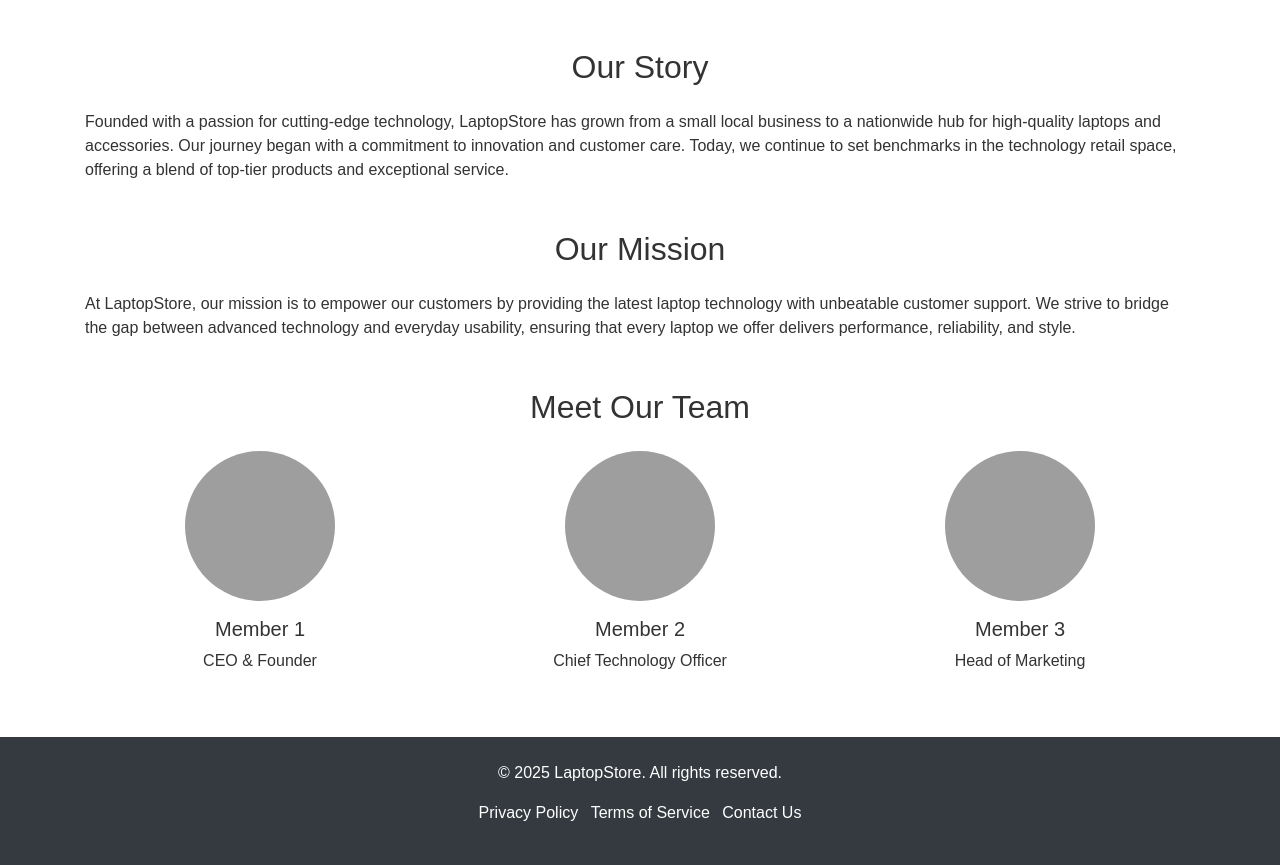
Repository: karim0829/IS218-Django-Laptop-Display
Page: http://localhost/about/
These files come from the project's save history. The page is drawn as it stood at one moment and after the next save; the edit follows.
The browser window is 1280 px wide. The pictures show the part of the page from y = 433 to 1298 px (the page is 1298 px tall before and 1274 px after).
Pictures or frames that could not be fetched are drawn as grey boxes. Some web libraries are served in a nearby version. The page is served by the project's application, run on Django 5.2 (manage.py). Other server files are loaded and not shown.

Above is the page before, as saved 2025-05-11 17:20:28.

### homepage/templates/homepage/about.html
<!DOCTYPE html>
<html lang="en">
  <head>
    <meta charset="UTF-8" />
    <meta name="viewport" content="width=device-width, initial-scale=1" />
    <title>About Us - LaptopStore</title>
    <!-- Bootstrap CSS for layout and components -->
    <link
      rel="stylesheet"
      href="https://maxcdn.bootstrapcdn.com/bootstrap/4.0.0/css/bootstrap.min.css"
    />
    <!-- External CSS -->
    <link rel="stylesheet" href="style/style.css" />
  </head>
  <body>
    <!-- Navigation -->
    <nav class="navbar navbar-expand-lg navbar-light bg-light">
      <a class="navbar-brand" href="index.html">LaptopStore</a>
      <button
        class="navbar-toggler"
        type="button"
        data-toggle="collapse"
        data-target="#navbarNav"
        aria-controls="navbarNav"
        aria-expanded="false"
        aria-label="Toggle navigation"
      >
        <span class="navbar-toggler-icon"></span>
      </button>
      <div class="collapse navbar-collapse" id="navbarNav">
        <ul class="navbar-nav mr-auto">
          <li class="nav-item">
            <a class="nav-link" href="HighEndLaptop.html">High End Laptop</a>
          </li>
          <li class="nav-item">
            <a class="nav-link" href="StudioLaptops.html">Studio Laptop</a>
          </li>
          <li class="nav-item">
            <a class="nav-link" href="BudgetLaptops.html">Budget Laptop</a>
          </li>
        </ul>
        <form class="form-inline my-2 my-lg-0">
          <input
            class="form-control mr-sm-2"
            type="search"
            placeholder="Search laptops"
            aria-label="Search"
          />
          <button class="btn btn-outline-success my-2 my-sm-0" type="submit">
            Search
          </button>
        </form>
        <ul class="navbar-nav ml-3">
          <li class="nav-item"><a class="nav-link" href="#">Account</a></li>
          <li class="nav-item">
            <a class="nav-link" href="support.html">Support</a>
          </li>
        </ul>
      </div>
    </nav>

    <!-- About Us Hero Section -->
    <section class="about-hero text-center">
      <div class="about-hero-overlay">
        <div class="container">
          <h1 class="display-4 text-white">About Us</h1>
          <p class="lead text-white">Your Trusted Laptop Solutions Provider</p>
        </div>
      </div>
    </section>

    <!-- Our Story Section -->
    <section class="container my-5">
      <h2 class="text-center mb-4">Our Story</h2>
      <p>
        Founded with a passion for cutting‐edge technology, LaptopStore has
        grown from a small local business to a nationwide hub for high-quality
        laptops and accessories. Our journey began with a commitment to
        innovation and customer care. Today, we continue to set benchmarks in
        the technology retail space, offering a blend of top-tier products and
        exceptional service.
      </p>
    </section>

    <!-- Our Mission Section -->
    <section class="container my-5">
      <h2 class="text-center mb-4">Our Mission</h2>
      <p>
        At LaptopStore, our mission is to empower our customers by providing the
        latest laptop technology with unbeatable customer support. We strive to
        bridge the gap between advanced technology and everyday usability,
        ensuring that every laptop we offer delivers performance, reliability,
        and style.
      </p>
    </section>

    <!-- Meet the Team Section -->
    <section class="team container my-5">
      <h2 class="text-center mb-4">Meet Our Team</h2>
      <div class="row">
        <!-- Team Member 1 -->
        <div class="col-md-4 text-center">
          <img
            src="team1.jpg"
            alt="Team Member 1"
            class="rounded-circle mb-3 team-photo"
          />
          <h5>Member 1</h5>
          <p>CEO & Founder</p>
        </div>
        <!-- Team Member 2 -->
        <div class="col-md-4 text-center">
          <img
            src="team2.jpg"
            alt="Team Member 2"
            class="rounded-circle mb-3 team-photo"
          />
          <h5>Member 2</h5>
          <p>Chief Technology Officer</p>
        </div>
        <!-- Team Member 3 -->
        <div class="col-md-4 text-center">
          <img
            src="team3.jpg"
            alt="Team Member 3"
            class="rounded-circle mb-3 team-photo"
          />
          <h5>Member 3</h5>
          <p>Head of Marketing</p>
        </div>
      </div>
    </section>

    <!-- Footer -->
    <footer class="bg-dark text-white py-4">
      <div class="container text-center">
        <p>&copy; 2025 LaptopStore. All rights reserved.</p>
        <ul class="list-inline">
          <li class="list-inline-item">
            <a href="#" class="text-white">Privacy Policy</a>
          </li>
          <li class="list-inline-item">
            <a href="#" class="text-white">Terms of Service</a>
          </li>
          <li class="list-inline-item">
            <a href="#" class="text-white">Contact Us</a>
          </li>
        </ul>
      </div>
    </footer>

    <!-- Bootstrap JS, Popper.js, and jQuery -->
    <script src="https://code.jquery.com/jquery-3.2.1.slim.min.js"></script>
    <script src="https://cdnjs.cloudflare.com/ajax/libs/popper.js/1.12.9/umd/popper.min.js"></script>
    <script src="https://maxcdn.bootstrapcdn.com/bootstrap/4.0.0/js/bootstrap.min.js"></script>
  </body>
</html>

### homepage/views.py
from datetime import datetime
from django.shortcuts import redirect, render
from django.http import HttpResponse
from django.template import loader
from .models import Product
from .models import Feedback

from django.contrib.auth.decorators import user_passes_test

from homepage.forms import FeedbackForm

from django.shortcuts import render


# Create your views here.

def index(request):
    return render(request, "homepage/index.html")

def about(request):
    return render(request, "homepage/about.html")

def contact(request):
    return render(request, "homepage/contact.html")

def highend(request):
    products = Product.objects.filter(model='highend')
    return render(request, "homepage/highend.html", {'products': products})

def studio(request):
    products = Product.objects.filter(model='studio')
    return render(request, "homepage/studio.html", {'products': products})

def budget(request):
    products = Product.objects.filter(model='budget')
    return render(request, "homepage/budget.html", {'products': products})


def support(request):
    form = FeedbackForm()
    return render(request, "homepage/support.html", {"form": form})

#admin page views

def admin(user):
    return user.is_authenticated and user.is_superuser

@user_passes_test(lambda u: u.is_superuser, login_url='forbidden')
def feedbackview(request):
    feedbacks = Feedback.objects.all().order_by('-timestamp')
    return render(request, 'homepage/restricted.html', {'feedbacks': feedbacks})

def forbidden(request):
    return render(request, 'homepage/forbidden.html')
#contact
def review_form(request):
    form = FeedbackForm(request.POST or request.FILES or None)

    if request.method == "POST":
        if form.is_valid():
            message = form.save(commit=False)
            message.log_date = datetime.now()
            message.save()
            return redirect("support")

        else:
            return render(request, "homepage/support.html", {"form":form})

    return render(request, "homepage/support.html", {"form":form})

def feedback_view(request):
    if request.method == 'POST':
        form = FeedbackForm(request.POST)
        if form.is_valid():
            form.save()
            return redirect('thank_you')  # after submitting feedback
    else:
        form = FeedbackForm()
    return render(request, 'homepage/feedback.html', {'form': form})




def product_list(request):
    products = Product.objects.all()
    return render(request, 'homepage/index.html', {'products': products})

### laptops/urls.py
"""
URL configuration for laptops project.

The `urlpatterns` list routes URLs to views. For more information please see:
    https://docs.djangoproject.com/en/5.2/topics/http/urls/
Examples:
Function views
    1. Add an import:  from my_app import views
    2. Add a URL to urlpatterns:  path('', views.home, name='home')
Class-based views
    1. Add an import:  from other_app.views import Home
    2. Add a URL to urlpatterns:  path('', Home.as_view(), name='home')
Including another URLconf
    1. Import the include() function: from django.urls import include, path
    2. Add a URL to urlpatterns:  path('blog/', include('blog.urls'))
"""
from django.contrib import admin
from django.urls import path
from django.urls import include



urlpatterns = [
    path('admin/', admin.site.urls),
    path('', include('homepage.urls'))
]

### homepage/urls.py
from django.urls import path
from . import views
from django.conf import settings
from django.conf.urls.static import static
from .views import feedbackview


urlpatterns = [
    path("index/", views.index, name="index"),
    path("about/", views.about, name="about"),
    path("contact/", views.contact, name="contact"),
    path("support/", views.review_form, name="support"),
    path("feedback/", views.review_form, name="feedback"),
    path("products/", views.product_list, name="product_list"),
    path("highend/", views.highend, name="highend"),
    path("studio/", views.studio, name="studio"),
    path("budget/", views.budget, name="budget"),
    path("restricted/", feedbackview, name="restricted"),
     path("forbidden/", views.forbidden, name="forbidden"),








]

urlpatterns += static(settings.MEDIA_URL, document_root=settings.MEDIA_ROOT)

### homepage/static/homepage/style.css
/* General Styles */
.navbar-nav .nav-item {
float:right;
}

.carousel-item img {
  height: 100%;
  object-fit: cover;
  width: 100%;
  object-position: center top;
}

.carousel-inner img {
  width: 100%;
  height: 450px;
  object-fit: cover;
}

.carousel-item {
  height: 400px;
  background-size: cover;
  background-position: center;
}

.product-card img {
  height: 200px;
  object-fit: cover;
}

/* Footer Styles */
footer a {
  text-decoration: none;
}
/* General Styles */
body {
  font-family: Arial, sans-serif;
  margin: 0;
  background-color: #fff;
  color: #333;
}

/* Navigation Styles */
.navbar {
  background-color: #fff;
  border-bottom: 1px solid #eee;
  padding: 0.8rem 1rem;
}

.navbar-brand {
  font-weight: bold;
  font-size: 1.5rem;
}

.navbar-nav .nav-link {
  margin: 0 10px;
  color: #333;
}

.navbar-nav .nav-link:hover {
  color: #007bff;
}

/* Support Hero Section */
.support-hero {
  background: url("support-hero.jpg") center center/cover no-repeat;
  height: 50vh;
  position: relative;
  display: flex;
  justify-content: center;
  align-items: center;
}

.support-hero-overlay {
  background-color: rgba(0, 0, 0, 0.5);
  width: 100%;
  height: 100%;
  display: flex;
  align-items: center;
}

.support-hero .container {
  position: relative;
  z-index: 2;
  text-align: center;
}

/* FAQ Section Styles */
.card-header button {
  width: 100%;
  text-align: left;
  color: #333;
  font-size: 1.1rem;
}

/* Contact Form */
form .form-group label {
  font-weight: bold;
}

/* Footer Styles */
footer {
  background-color: #343a40;
  color: #fff;
}

footer a {
  text-decoration: none;
}
/* General Styles */
body {
  font-family: Arial, sans-serif;
  margin: 0;
  background-color: #fff;
  color: #333;
}

/* Navigation Styles */
.navbar {
  background-color: #fff;
  border-bottom: 1px solid #eee;
  padding: 0.8rem 1rem;
}

.navbar-brand {
  font-weight: bold;
  font-size: 1.5rem;
}

.navbar-nav .nav-link {
  margin: 0 10px;
  color: #333;
}

.navbar-nav .nav-link:hover {
  color: #007bff;
}

/* About Us Hero Section */
.about-hero {
  background: url("about-hero.jpg") center center/cover no-repeat;
  height: 50vh;
  position: relative;
  display: flex;
  justify-content: center;
  align-items: center;
}

.about-hero-overlay {
  background-color: rgba(0, 0, 0, 0.5);
  width: 100%;
  height: 100%;
  display: flex;
  justify-content: center;
  align-items: center;
}

/* Team Section Styles */
.team-photo {
  width: 150px;
  height: 150px;
  object-fit: cover;
}

/* Footer Styles */
footer {
  background-color: #343a40;
  color: #fff;
  padding: 20px 0;
}

footer a {
  text-decoration: none;
}
/* General Styles */
body {
  font-family: Arial, sans-serif;
  margin: 0;
  background-color: #fff;
  color: #333;
}

/* Navigation Styles */
.navbar {
  background-color: #fff;
  border-bottom: 1px solid #eee;
  padding: 0.8rem 1rem;
}

.navbar-brand {
  font-weight: bold;
  font-size: 1.5rem;
}

.navbar-nav .nav-link {
  margin: 0 10px;
  color: #333;
}

.navbar-nav .nav-link.active,
.navbar-nav .nav-link:hover {
  color: #007bff;
}

/* Product Cards */
.product-card img {
  width: 100%;
  height: 180px;
  object-fit: contain;
  padding: 10%;
  background-color: #fff;
}

/* Footer Styles */
footer {
  background-color: #343a40;
  color: #fff;
}

footer a {
  text-decoration: none;
}

/* Utility Classes */
.text-white {
  color: #fff !important;
}

After the next save:
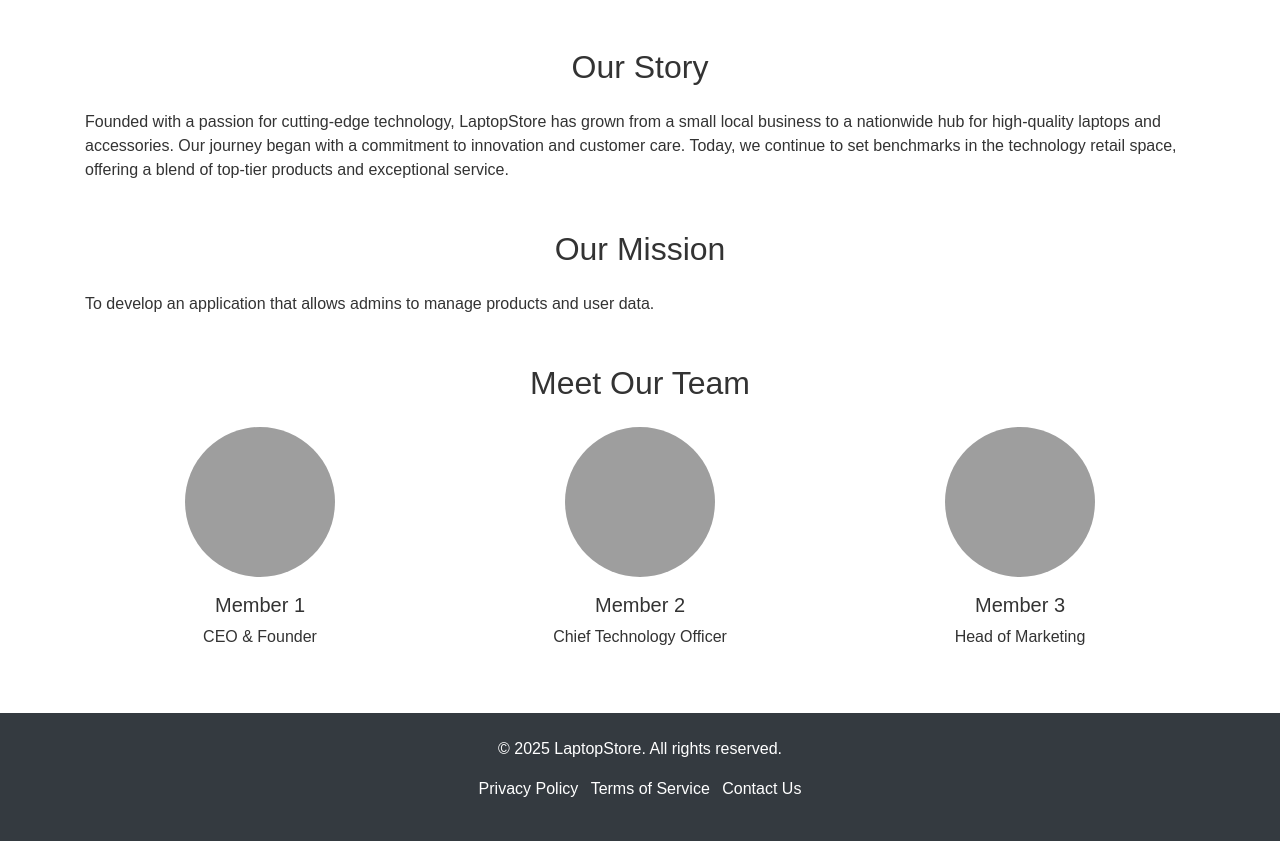
Saved 77 s later.
--- a/homepage/templates/homepage/about.html
+++ b/homepage/templates/homepage/about.html
@@ -86,11 +86,7 @@
     <section class="container my-5">
       <h2 class="text-center mb-4">Our Mission</h2>
       <p>
-        At LaptopStore, our mission is to empower our customers by providing the
-        latest laptop technology with unbeatable customer support. We strive to
-        bridge the gap between advanced technology and everyday usability,
-        ensuring that every laptop we offer delivers performance, reliability,
-        and style.
+        To develop an application that allows admins to manage products and user data.
       </p>
     </section>
 
